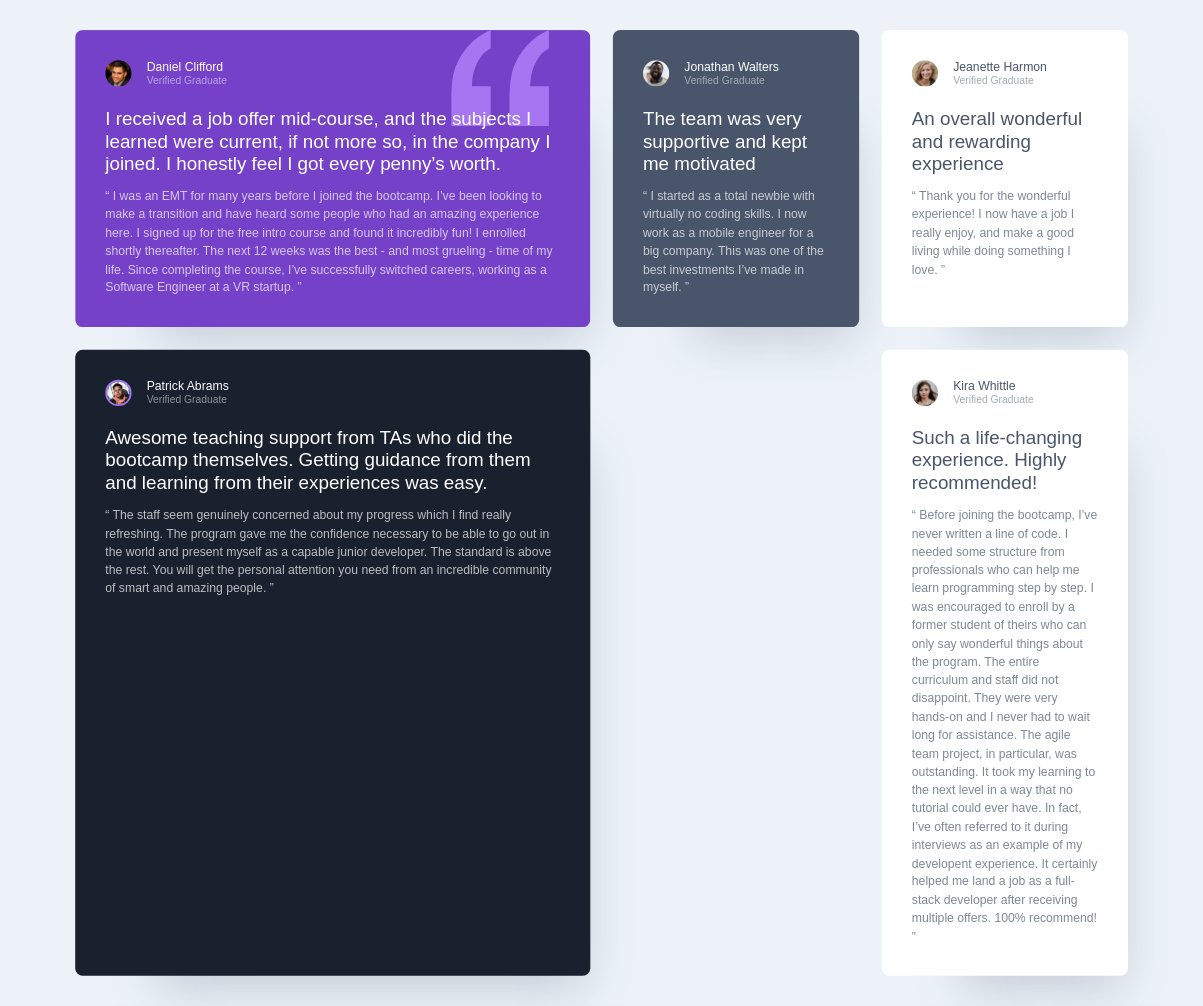
Repository: Imprasna/Grid_template
Page: index.html
An editor plug-in stored every save of this project. The page is shown before and after the next save, followed by the edit.
The browser window is 1280 px wide. The pictures show the whole page, at 94% of full size.

Above is the page before, as saved 2021-11-28 11:32:53.

After the next save:
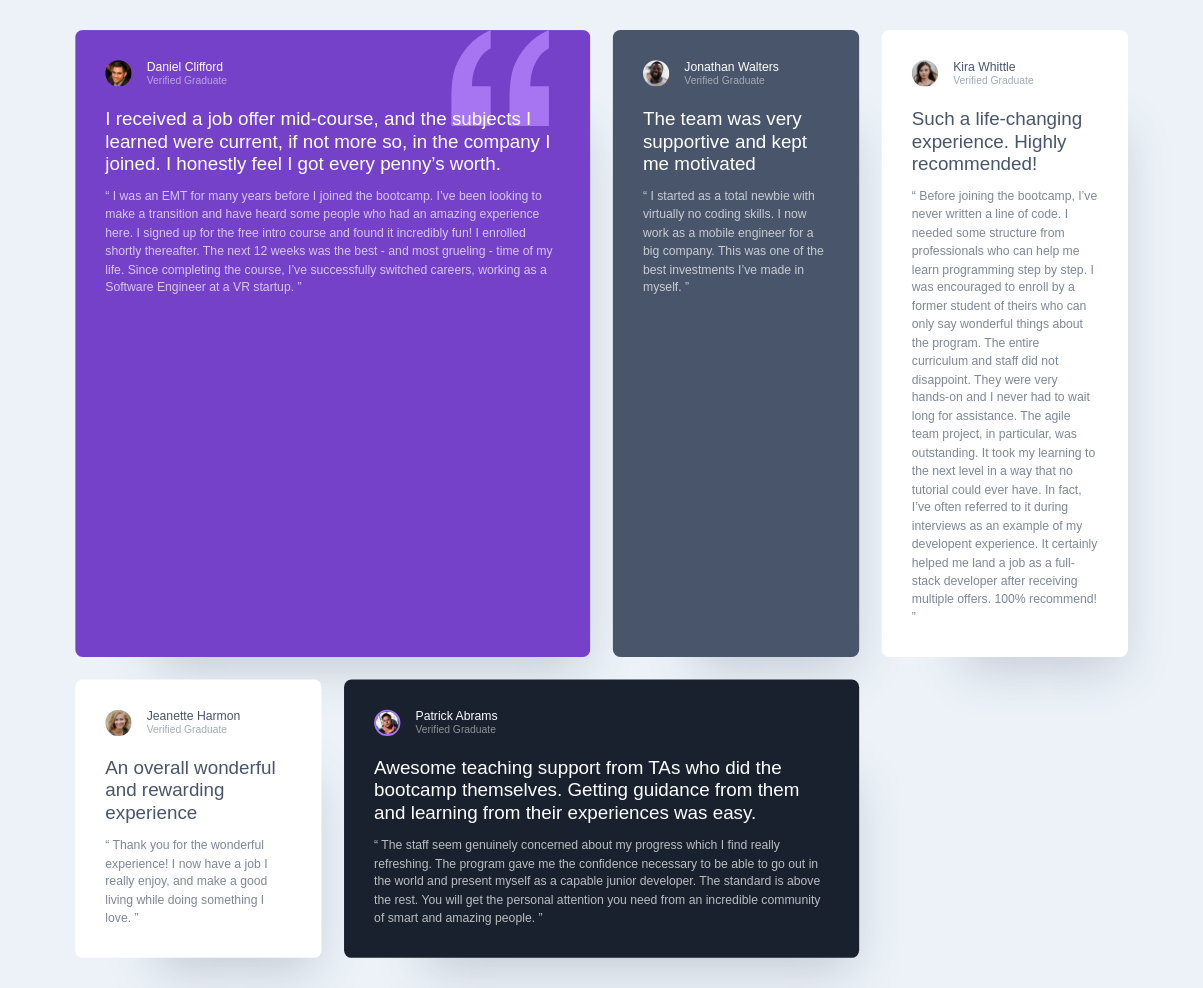
Saved 5 s later.
--- a/style.css
+++ b/style.css
@@ -159,7 +159,7 @@
 
   .testimonial:last-child {
       grid-column: 4/5;
-      grid
+      grid-row: 1;
   }
 
   .testimonial {

After the 6 saves that followed:
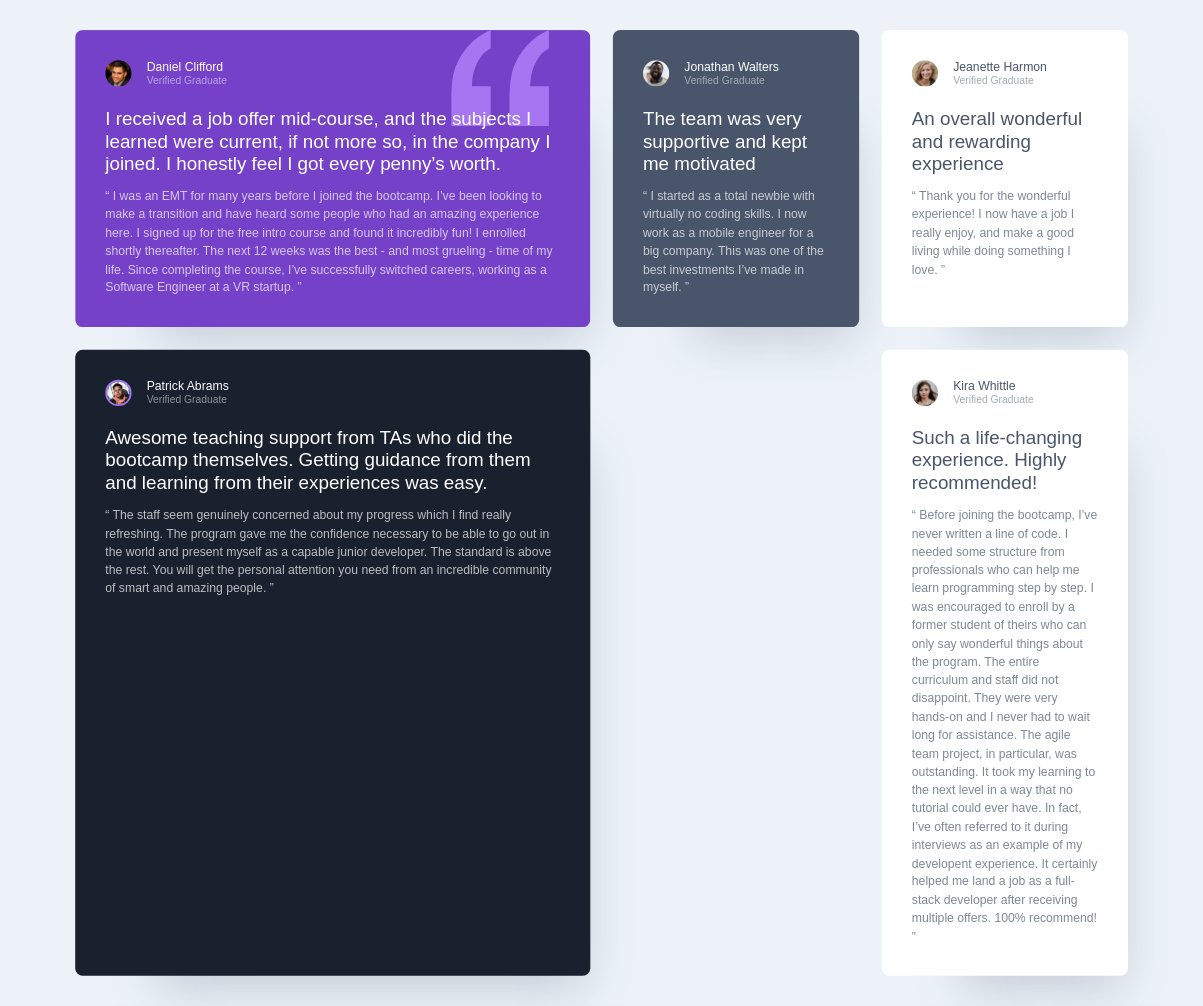
The 6 saves are shown as one change because 1 left the picture as it was and some came seconds apart.
The last was saved 95 s later.
--- a/style.css
+++ b/style.css
@@ -158,8 +158,8 @@
   }
 
   .testimonial:last-child {
-      grid-column: 4/5;
-      grid-row: 1;
+      grid-column-start: 4;
+      /* grid-row-start: 1; */
   }
 
   .testimonial {
